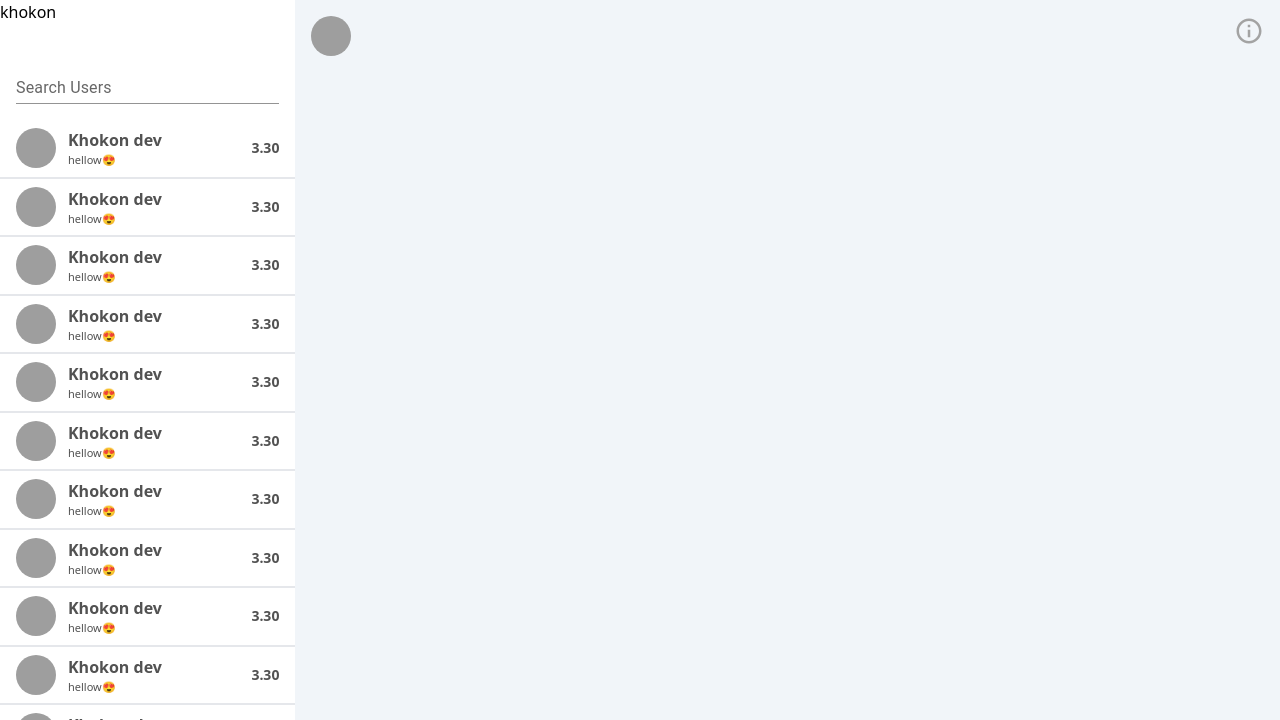
Repository: satya-ranjon/Instagram-clone-dev
Page: /inbox
The author's editor kept a copy of each file at every save. The page is drawn from the files as they stood at one save, then again after the next save.
The browser window is 1280 px wide. The pictures show the whole page.
Pictures or frames that could not be fetched are drawn as grey boxes. The project was rebuilt for these pictures with package versions that can differ from the ones it lists, and the page was loaded fresh each time. Also part of the build but not shown: src/components/RightSideBar.jsx, src/components/Home/SinglePost.jsx, src/components/Home/PostList.jsx, src/components/Home/closeBtn.jsx, src/components/Home/newPostSectionOne.jsx, src/components/Home/NewPost.jsx, src/components/Home/Home.jsx, src/Assets/Logo.jsx and 8 more.

Above is the page before, as saved 2022-04-23 03:39:35.

### public/index.html
<!DOCTYPE html>
<html lang="en">
  <head>
    <meta charset="utf-8" />
    <link rel="icon" href="%PUBLIC_URL%/faveicon.png" />
    <meta name="viewport" content="width=device-width, initial-scale=1" />
    <meta name="theme-color" content="#000000" />
    <meta
      name="description"
      content="Web site created using create-react-app"
    />
    <link rel="apple-touch-icon" href="%PUBLIC_URL%/logo192.png" />
    <!--
      manifest.json provides metadata used when your web app is installed on a
      user's mobile device or desktop. See https://developers.google.com/web/fundamentals/web-app-manifest/
    -->
    <link rel="manifest" href="%PUBLIC_URL%/manifest.json" />
    <!--
      Notice the use of %PUBLIC_URL% in the tags above.
      It will be replaced with the URL of the `public` folder during the build.
      Only files inside the `public` folder can be referenced from the HTML.

      Unlike "/favicon.ico" or "favicon.ico", "%PUBLIC_URL%/favicon.ico" will
      work correctly both with client-side routing and a non-root public URL.
      Learn how to configure a non-root public URL by running `npm run build`.
    -->
    <title>React App</title>
  </head>
  <body>
    <noscript>You need to enable JavaScript to run this app.</noscript>
    <div id="root"></div>
    <!--
      This HTML file is a template.
      If you open it directly in the browser, you will see an empty page.

      You can add webfonts, meta tags, or analytics to this file.
      The build step will place the bundled scripts into the <body> tag.

      To begin the development, run `npm start` or `yarn start`.
      To create a production bundle, use `npm run build` or `yarn build`.
    -->
  </body>
</html>

### src/index.css
@import url("https://fonts.googleapis.com/css2?family=Kaushan+Script&display=swap");

@tailwind base;
@tailwind components;
@tailwind utilities;

@layer components {
  .grid___three {
    @apply grid grid-cols-1 sm:grid-cols-2 md:grid-cols-3 gap-2 lg:gap-4 transition-all duration-300 my-10 font-semibold mx-10  sm:mx-20 lg:mx-32 xl:mx-40;
  }
  .grid___two {
    @apply grid grid-cols-1 sm:grid-cols-2 gap-2 lg:gap-4  my-10 font-semibold mx-10 transition-all duration-300 sm:mx-20 lg:mx-32 xl:mx-40;
  }
  .grid___one {
    @apply grid grid-cols-1  gap-2 lg:gap-4  my-10 font-semibold mx-10 sm:mx-32 md:mx-44 transition-all duration-300 lg:mx-60 xl:mx-60;
  }
  .img__three {
    @apply bg-red-300 w-full h-[18rem] transition-all duration-300 sm:h-[14rem] xl:h-[18rem] 2xl:h-[28rem];
  }
  .img__two {
    @apply bg-red-300 w-full h-[18rem] transition-all duration-300 sm:h-[20rem] lg:h-[24rem] xl:h-[28rem] 2xl:h-[40rem];
  }
  .img__one {
    @apply bg-red-300 w-full h-[18rem] transition-all duration-300 sm:h-[20rem] lg:h-[32rem] xl:h-[40rem] 2xl:h-[52rem];
  }
}

body::-webkit-scrollbar {
  display: none;
}
.hide_scrollbar::-webkit-scrollbar {
  display: none;
  overflow: hidden;
}

#category {
  overflow: hidden;
}

.bground {
  background: radial-gradient(
    ellipse at 70% 70%,
    #ee583f 8%,
    #d92d77 42%,
    #bd3381 58%
  );
}

.new {
  position: absolute;
  top: 50%;
  right: 50%;
  transform: translate(-50%, -50%);
}

### src/App.js
import { Route, Routes } from "react-router-dom";
import HomeContainder from "./components/Home/HomeContainder";
import InboxContainer from "./components/Inbox/InboxContainer";

function App() {
  return (
    <Routes>
      <Route path="/" element={<HomeContainder />} />
      <Route path="/inbox" element={<InboxContainer />} />
    </Routes>
  );
}

export default App;

### src/components/Inbox/InboxContainer.jsx
import { Avatar, TextField } from "@mui/material";
import React from "react";
import MesseageBox from "./MesseageBox";
import SearchUsers from "./SearchUsers";
import UserList from "./UserList";

export default function InboxContainer() {
  return (
    <div>
      <div className=" flex justify-between">
        <div className=" h-screen w-96 lg:w-[50rem overflow-y-scroll scrollbar-thumb-neutral-400 scrollbar-thin">
          <div className="">khokon</div>
          <div className=" w-full pt-4 relative">
            <SearchUsers />
            <UserList />
            <UserList />
            <UserList />
            <UserList />
            <UserList />
            <UserList />
            <UserList />
            <UserList />
            <UserList />
            <UserList />
            <UserList />
            <UserList />
            <UserList />
            <UserList />
            <UserList />
            <UserList />
            <UserList />
            <UserList />
            <UserList />
            <UserList />
            <UserList />
            <UserList />
            <UserList />
            <UserList />
          </div>
        </div>

        <MesseageBox />
      </div>
    </div>
  );
}

### src/components/Inbox/MesseageBox.jsx
import React from "react";
import MesseageHader from "./MesseageHader";

export default function MesseageBox() {
  return (
    <div className=" h-screen w-full bg-slate-100">
      <MesseageHader />
    </div>
  );
}

### src/components/Inbox/SearchUsers.jsx
import { TextField } from "@mui/material";
import React from "react";

export default function SearchUsers() {
  return (
    <div className="p-4">
      <TextField
        className=" w-full "
        id="standard-basic"
        label="Search Users"
        variant="standard"
      />
    </div>
  );
}

### src/components/Inbox/UserList.jsx
import { Avatar } from "@mui/material";
import React from "react";

export default function UserList() {
  return (
    <div className="flex py-2 px-4 cursor-pointer transition-all duration-300 hover:bg-neutral-100 justify-between text-neutral-600 border-b-2">
      <div className=" my-auto flex space-x-3">
        <Avatar
          alt="Remy Sharp"
          src="https://img.freepik.com/free-photo/portrait-guy-with-colorful-neon-light-blue-studio-background-male-model-with-calm-serious-mood_155003-36962.jpg?t=st=1650662885~exp=1650663485~hmac=7fed3c0063e691a8f39a65e7b480038fb41dd291ed7ee95f9053a12587457cbc&w=900"
          className=" cursor-pointer"
        />
        <div className="">
          <p className=" font-semibold text-md ">Khokon dev</p>
          <p className=" text-[11px]">hellow😍</p>
        </div>
      </div>
      <p className="font-semibold text-sm my-auto">3.30</p>
    </div>
  );
}

### src/components/Inbox/MesseageHader.jsx
import React from "react";
import { Avatar } from "@mui/material";
import { BiInfoCircle } from "react-icons/bi";

export default function MesseageHader() {
  return (
    <div className=" flex justify-between p-4">
      <Avatar
        alt="Remy Sharp"
        src="/static/images/avatar/1.jpg"
        className=" cursor-pointer"
      />
      <BiInfoCircle className=" text-neutral-400 text-3xl cursor-pointer transition-all duration-300 hover:text-neutral-600" />
    </div>
  );
}

### tailwind.config.js
module.exports = {
  content: ["./src/**/*.{js,jsx,ts,tsx}"],
  theme: {
    extend: {
      screens: {
        "3sm": "380px",
        "2sm": "480px",
        "4sm": "640px",
        "2lg": "1160px",
      },
    },
  },
  plugins: [require("tailwind-scrollbar")],
};

Loaded but not shown: src/index.js (common file)

After the next save:
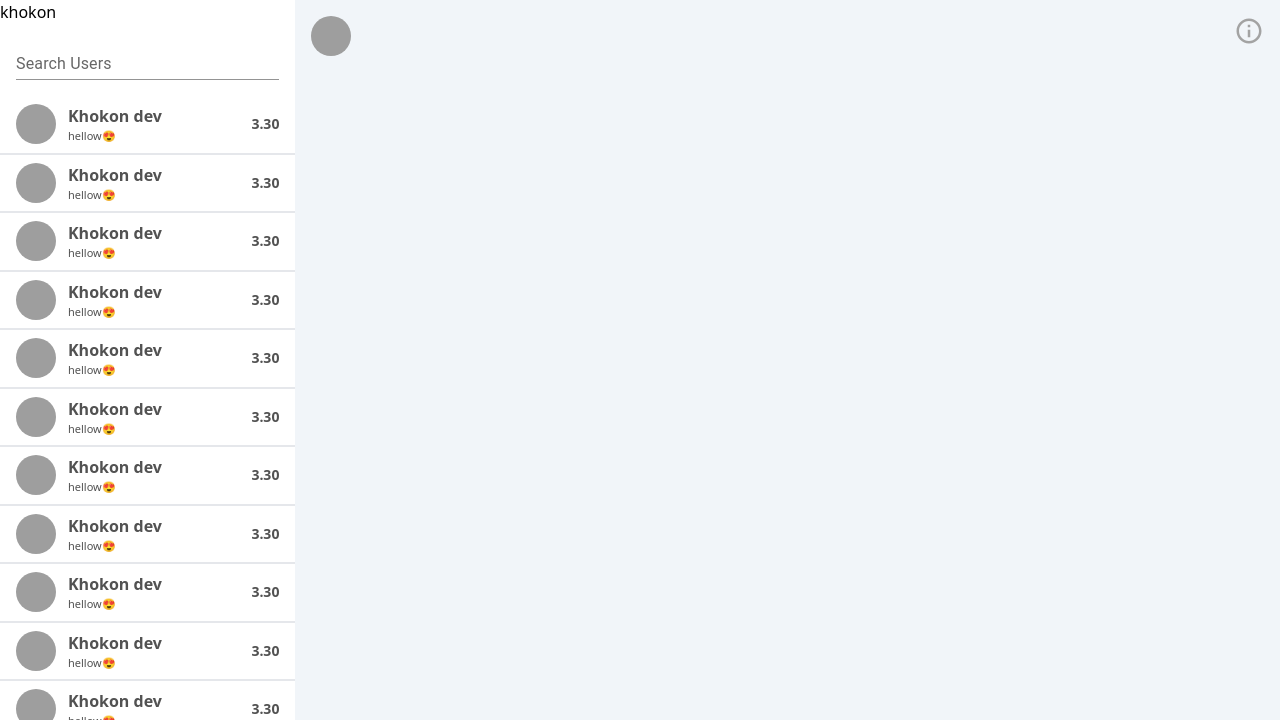
Saved 17 s later.
--- a/src/components/Inbox/InboxContainer.jsx
+++ b/src/components/Inbox/InboxContainer.jsx
@@ -9,7 +9,7 @@
     <div>
       <div className=" flex justify-between">
         <div className=" h-screen w-96 lg:w-[50rem overflow-y-scroll scrollbar-thumb-neutral-400 scrollbar-thin">
-          <div className="">khokon</div>
+          <div className=" fixed top-0 h-20">khokon</div>
           <div className=" w-full pt-4 relative">
             <SearchUsers />
             <UserList />
